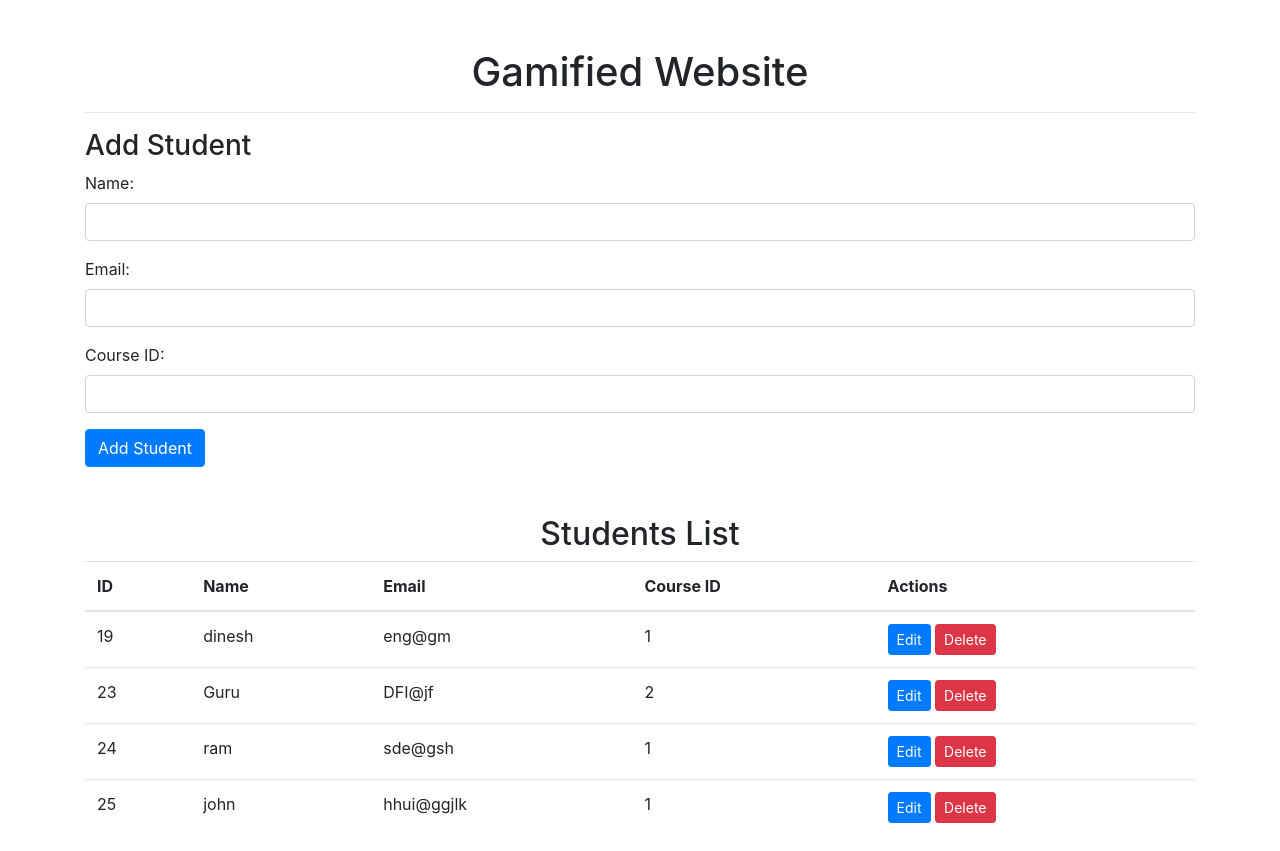
Repository: bigbodhiacademy/gBoard
Page: http://localhost/
These files come from the project's save history. The page is drawn as it stood at one moment and after the next save; the edit follows.
The browser window is 1280 px wide. The pictures show the whole page.
The page is run by PHP 8.4 with error messages shown; the project is at /var/www/html/. The database holds what the project's SQL file puts in it.

Above is the page before, as saved 2023-04-20 13:14:29.

### index.php
<!DOCTYPE html>
<html lang="en">
<head>
  <meta charset="UTF-8">
  <meta name="viewport" content="width=device-width, initial-scale=1.0">
  <title>Gamified Website</title>
  <!-- Add Bootstrap and other necessary files here -->
  <link rel="stylesheet" href="https://maxcdn.bootstrapcdn.com/bootstrap/4.5.2/css/bootstrap.min.css">
<script src="https://ajax.googleapis.com/ajax/libs/jquery/3.5.1/jquery.min.js"></script>
<script src="https://cdnjs.cloudflare.com/ajax/libs/popper.js/1.16.0/umd/popper.min.js"></script>
<script src="https://maxcdn.bootstrapcdn.com/bootstrap/4.5.2/js/bootstrap.min.js"></script>

</head>
<body>
  <div class="container">
    <h1 class="text-center mt-5">Gamified Website</h1>
    <hr>

    <!-- Add student form -->
    <h3>Add Student</h3>
    <form method="POST">
      <input type="hidden" name="action" value="add_student">
      <div class="form-group">
        <label for="name">Name:</label>
        <input type="text" class="form-control" id="name" name="name" required>
      </div>
      <div class="form-group">
        <label for="email">Email:</label>
        <input type="email" class="form-control" id="email" name="email" required>
      </div>
      <div class="form-group">
        <label for="course_id">Course ID:</label>
        <input type="number" class="form-control" id="course_id" name="course_id" required>
      </div>
      <button type="submit" class="btn btn-primary">Add Student</button>
    </form>
<!-- Add your other forms for editing and deleting students and courses here -->

    <h2 class="text-center mt-5">Students List</h2>
    <table class="table">
      <thead>
        <tr>
          <th>ID</th>
          <th>Name</th>
          <th>Email</th>
          <th>Course ID</th>
          <th>Actions</th>
        </tr>
      </thead>
      <tbody>
        <?php
        include 'functions.php';
        $students = getStudents();
        foreach ($students as $student) {
          echo "<tr>";
          echo "<td>" . $student['id'] . "</td>";
          echo "<td>" . $student['name'] . "</td>";
          echo "<td>" . $student['email'] . "</td>";
          echo "<td>" . $student['course_id'] . "</td>";
          echo "<td>";
          echo "<a href='edit_student.php?id=" . $student['id'] . "' class='btn btn-sm btn-primary'>Edit</a> ";
          echo "<a href='delete_student.php?id=" . $student['id'] . "' class='btn btn-sm btn-danger'>Delete</a>";
          echo "</td>";
          echo "</tr>";
        }
        ?>
      </tbody>
    </table>
  </div>
</body>
</html>

### functions.php
<?php
include 'db_connection.php';

function addStudent($name, $email, $course_id) {
  global $conn;

  $stmt = $conn->prepare("INSERT INTO students (name, email, course_id) VALUES (?, ?, ?)");
  $stmt->bind_param("ssi", $name, $email, $course_id);

  return $stmt->execute();
}

function editStudent($id, $name, $email, $course_id) {
  global $conn;

  $stmt = $conn->prepare("UPDATE students SET name = ?, email = ?, course_id = ? WHERE id = ?");
  $stmt->bind_param("ssii", $name, $email, $course_id, $id);

  return $stmt->execute();
}

function deleteStudent($id) {
  global $conn;

  $stmt = $conn->prepare("DELETE FROM students WHERE id = ?");
  $stmt->bind_param("i", $id);

  return $stmt->execute();
}

function addCourse($name, $description, $date_added) {
  global $conn;

  $stmt = $conn->prepare("INSERT INTO courses (name, description, date_added) VALUES (?, ?, ?)");
  $stmt->bind_param("sss", $name, $description, $date_added);

  return $stmt->execute();
}

function getStudents() {
  global $conn;

  $result = $conn->query("SELECT * FROM students");
  return $result->fetch_all(MYSQLI_ASSOC);
}

function getCourses() {
  global $conn;

  $result = $conn->query("SELECT * FROM courses");
  return $result->fetch_all(MYSQLI_ASSOC);
}

?>

### db_connection.php
<?php
$servername = "localhost"; // Replace with your MySQL server address if it's not "localhost"
$username = "root"; // Replace with your MySQL username
$password = ""; // Replace with your MySQL password
$dbname = "leaderboard4";

// Create connection
$conn = new mysqli($servername, $username, $password, $dbname);

// Check connection
if ($conn->connect_error) {
  die("Connection failed: " . $conn->connect_error);
}
?>

### leaderboard4.sql (the tables this page reads)
CREATE TABLE `students` (
  `id` int(11) NOT NULL,
  `name` varchar(255) NOT NULL,
  `email` varchar(255) NOT NULL,
  `course_id` int(11) NOT NULL,
  `school_id` int(11) NOT NULL
) ENGINE=InnoDB DEFAULT CHARSET=utf8mb4;

INSERT INTO `students` (`id`, `name`, `email`, `course_id`, `school_id`) VALUES
(19, 'dinesh', 'eng@gm', 1, 2),
(23, 'Guru', 'DFI@jf', 2, 1),
(24, 'ram', 'sde@gsh', 1, 1),
(25, 'john', 'hhui@ggjlk', 1, 1);

ALTER TABLE `students`
  ADD PRIMARY KEY (`id`),
  ADD KEY `course_id` (`course_id`),
  ADD KEY `school_id` (`school_id`);

ALTER TABLE `students`
  MODIFY `id` int(11) NOT NULL AUTO_INCREMENT, AUTO_INCREMENT=26;

ALTER TABLE `students`
  ADD CONSTRAINT `students_ibfk_1` FOREIGN KEY (`course_id`) REFERENCES `courses` (`id`),
  ADD CONSTRAINT `students_ibfk_2` FOREIGN KEY (`school_id`) REFERENCES `schools` (`id`);

After the next save:
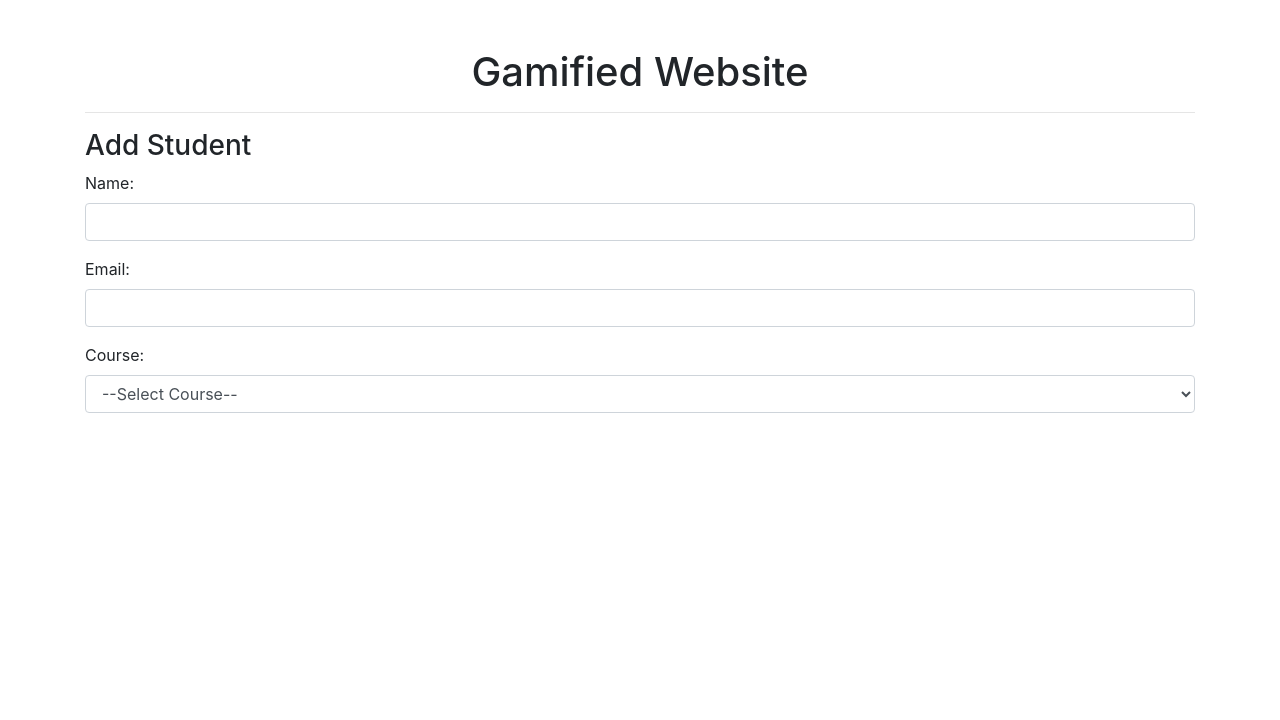
Saved 37 s later.
--- a/index.php
+++ b/index.php
@@ -29,9 +29,18 @@
         <input type="email" class="form-control" id="email" name="email" required>
       </div>
       <div class="form-group">
-        <label for="course_id">Course ID:</label>
-        <input type="number" class="form-control" id="course_id" name="course_id" required>
+        <label for="course_id">Course:</label>
+        <select class="form-control" id="course_id" name="course_id" required>
+          <option value="">--Select Course--</option>
+          <?php
+          $courses = getCourses();
+          foreach ($courses as $course) {
+            echo "<option value='" . $course['id'] . "'>" . $course['name'] . "</option>";
+          }
+          ?>
+        </select>
       </div>
+
       <button type="submit" class="btn btn-primary">Add Student</button>
     </form>
 <!-- Add your other forms for editing and deleting students and courses here -->
